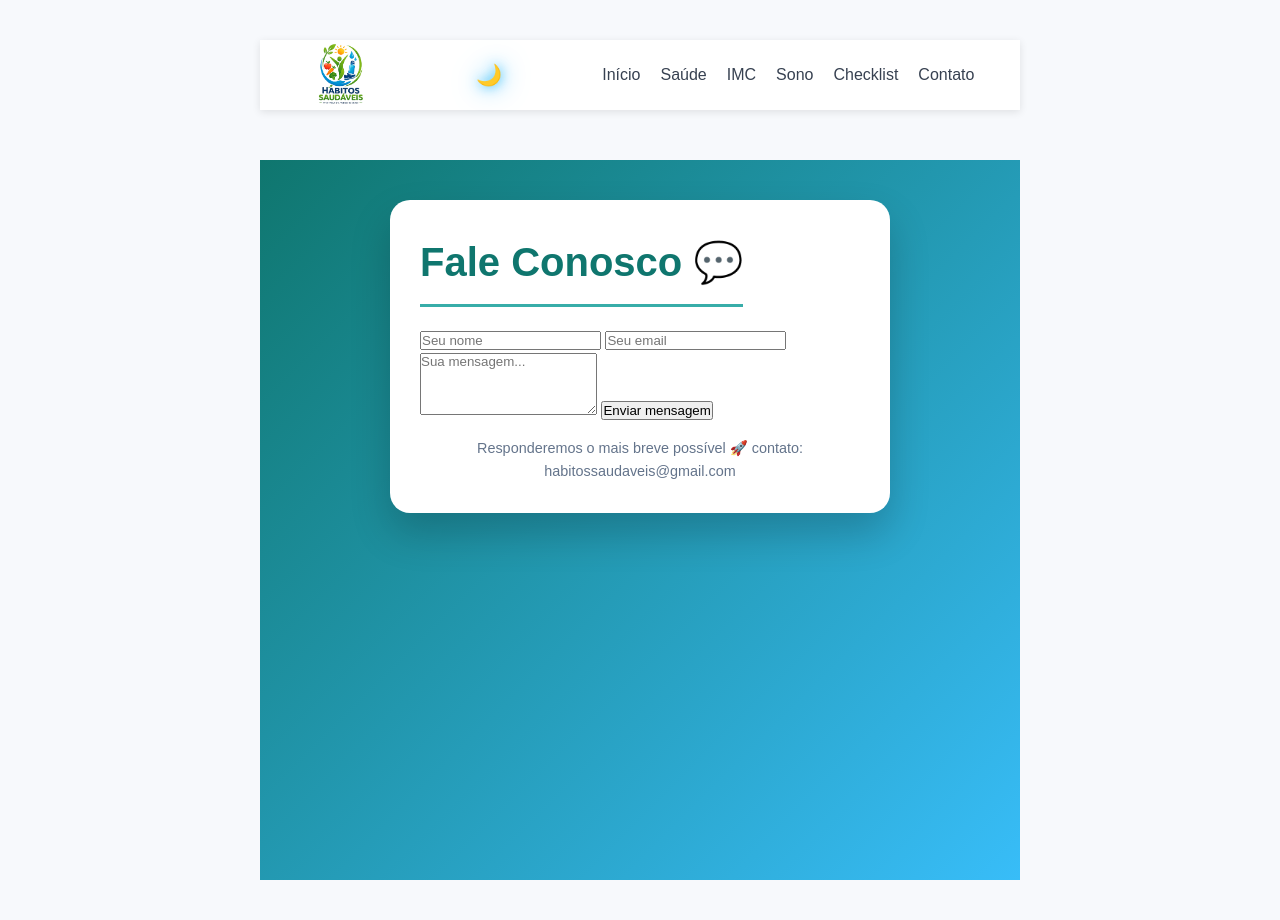
Repository: habitos2026/projetointegrador2026
Page: contato.html
An editor plug-in stored every save of this project. The page is shown before and after the next save, followed by the edit.
The browser window is 1280 px wide. The pictures show the whole page.

Above is the page before, as saved 2026-06-10 23:07:48.

After the next save:
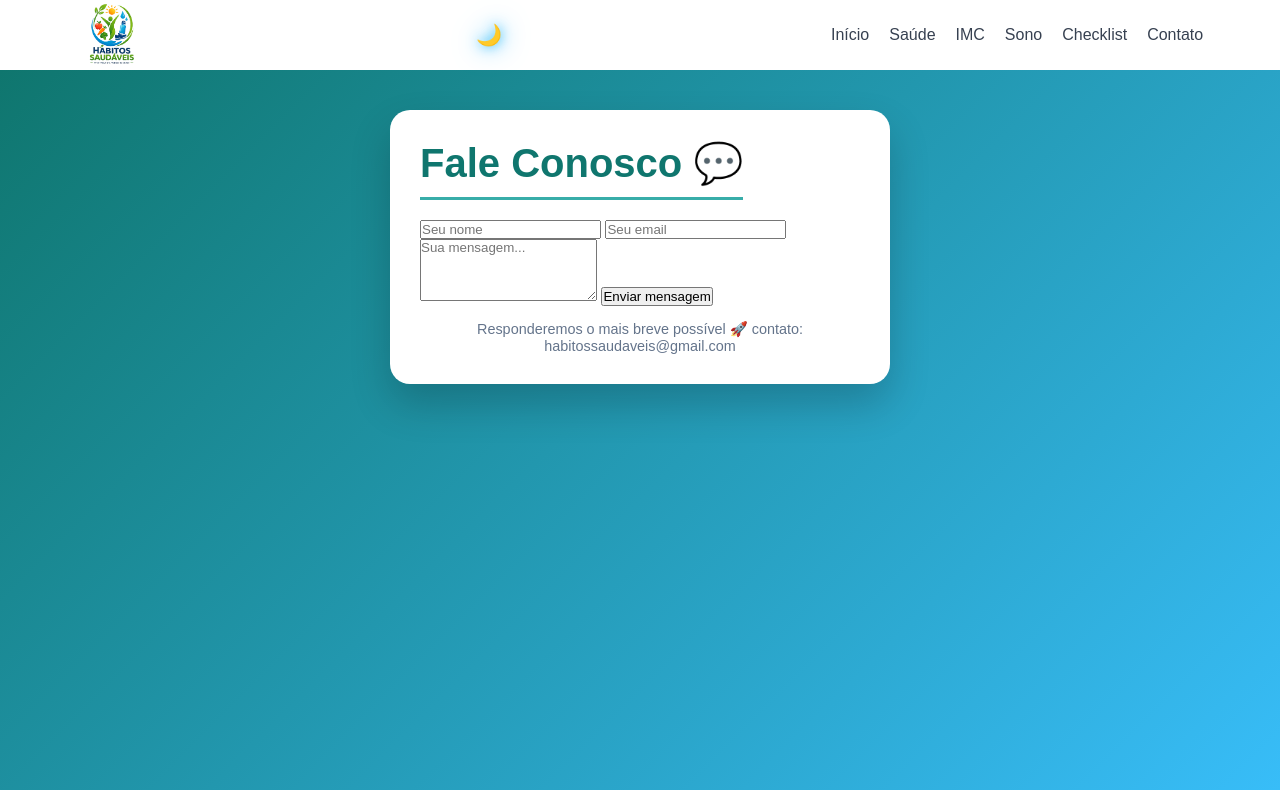
Saved 50 s later.
--- a/contato.html
+++ b/contato.html
@@ -28,7 +28,7 @@
             }
         }
 
-        body {
+        body
             font-family: 'Segoe UI', Roboto, sans-serif;
             line-height: 1.6;
             background-color: var(--cor-fundo);

After the save that followed:
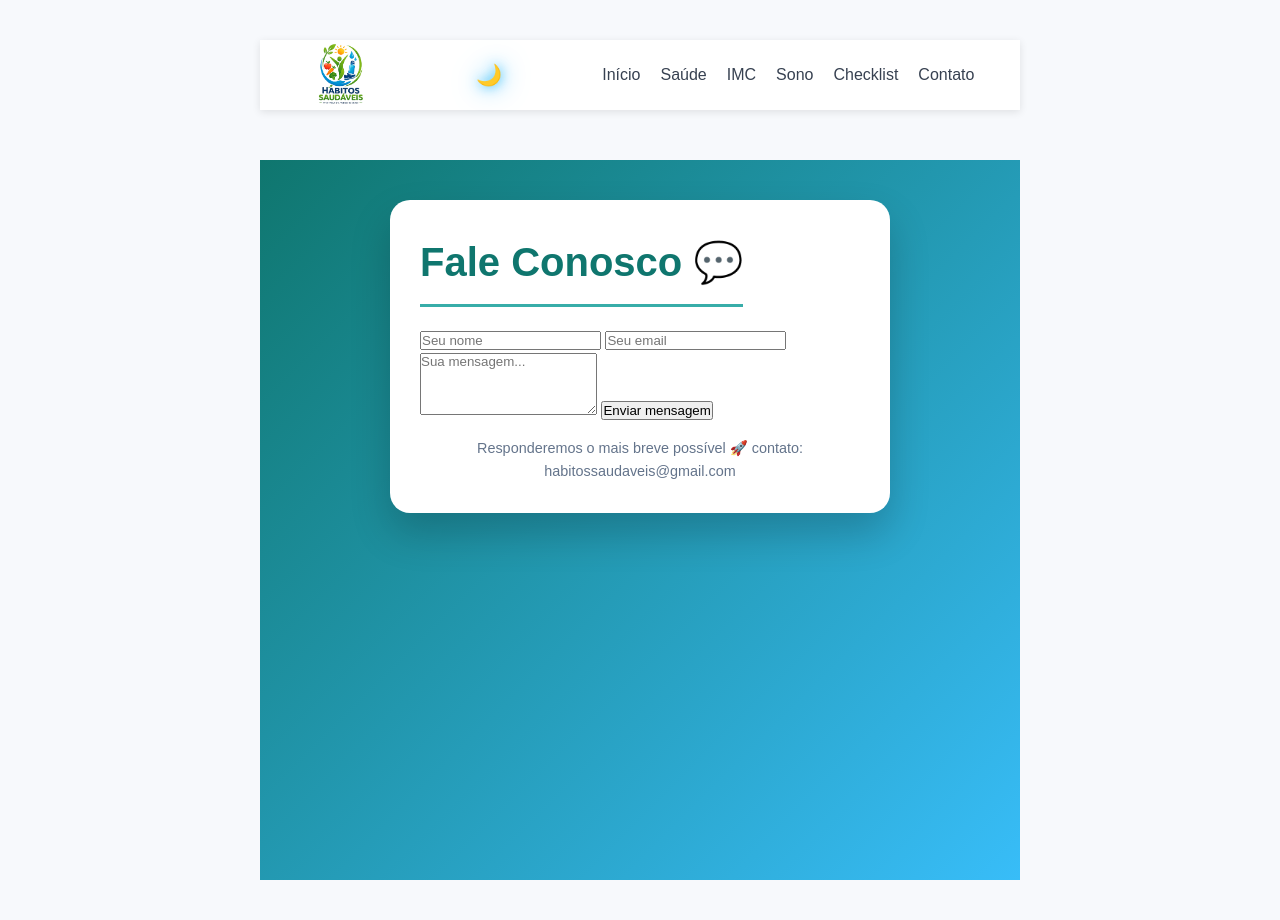
Saved 4 s later.
--- a/contato.html
+++ b/contato.html
@@ -28,7 +28,7 @@
             }
         }
 
-        body
+        body {
             font-family: 'Segoe UI', Roboto, sans-serif;
             line-height: 1.6;
             background-color: var(--cor-fundo);
